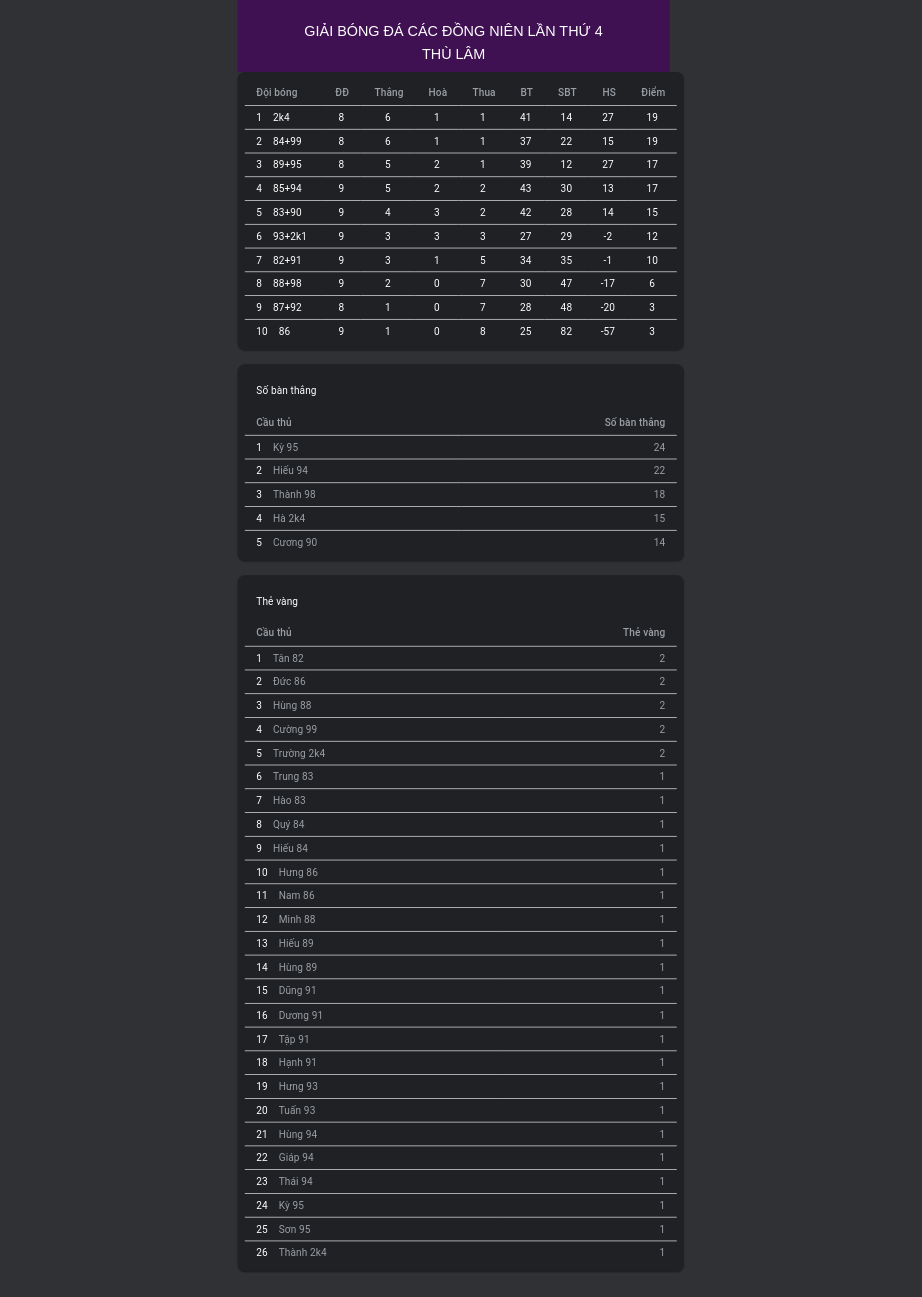
Repository: tuan842001/thulam
Page: /
The author's editor kept a copy of each file at every save. The page is drawn from the files as they stood at one save, then again after the next save.
The browser window is 1280 px wide. The pictures show the whole page, at 72% of full size.
The project was rebuilt for these pictures with package versions that can differ from the ones it lists, and the page was loaded fresh each time.

Above is the page before, as saved 2022-01-11 16:13:11.

### public/index.html
<!DOCTYPE html>
<html lang="en">
  <head>
    <meta charset="utf-8" />
    <link rel="icon" href="%PUBLIC_URL%/favicon.ico" />
    <meta name="viewport" content="width=device-width, initial-scale=1" />
    <meta name="theme-color" content="#000000" />
    <meta
      name="description"
      content="Web site created using create-react-app"
    />

    <link href="https://cdn.jsdelivr.net/npm/bootstrap@5.1.3/dist/css/bootstrap.min.css" rel="stylesheet" integrity="sha384-1BmE4kWBq78iYhFldvKuhfTAU6auU8tT94WrHftjDbrCEXSU1oBoqyl2QvZ6jIW3" crossorigin="anonymous">
<script src="https://cdn.jsdelivr.net/npm/bootstrap@5.1.3/dist/js/bootstrap.bundle.min.js" integrity="sha384-ka7Sk0Gln4gmtz2MlQnikT1wXgYsOg+OMhuP+IlRH9sENBO0LRn5q+8nbTov4+1p" crossorigin="anonymous"></script>
    <title>GIẢI BÓNG ĐÁ CÁC ĐỒNG NIÊN THÙ LÂM</title>
  </head>
  <body>
    <noscript>You need to enable JavaScript to run this app.</noscript>
    <div id="root"></div>

  </body>
</html>

### src/App.js
import "./App.css";
import { Header } from "./components/header/Header";
import Card from "./pages/card/Card";
import Statistical from "./pages/statistical/Statistical";
import UserList from "./pages/userList/UserList";

function App() {
  return (
    <div className="App" style={{ height: "102%" }}>
      <Header />
      <UserList />
      <Statistical />
      <Card />
    </div>
  );
}

export default App;

### src/App.css
body {
  margin: 0;
  font-family: 'Montserrat', sans-serif;
  background-color: #303134;
  display: flex;
  justify-content: center;
}

* {
  margin: 0;
}

@media screen and (max-width: 480px) {
  body {
    justify-content: normal;
  }

  .TableSX {
    min-width: 500px !important;
  }

  .TableContainer {
    width: 560px !important;
    margin: 20px !important;
  }
}

### src/components/header/Header.jsx
import * as React from "react";
import "./header.css";

export const Header = () => {
  return (
    <div className="header">
      <h4>GIẢI BÓNG ĐÁ CÁC ĐỒNG NIÊN LẦN THỨ 4</h4>
      <h3>THÙ LÂM</h3>
    </div>
  );
};

### src/pages/card/Card.jsx
import * as React from "react";
import Table from "@mui/material/Table";
import TableBody from "@mui/material/TableBody";
import TableCell from "@mui/material/TableCell";
import TableContainer from "@mui/material/TableContainer";
import TableHead from "@mui/material/TableHead";
import TableRow from "@mui/material/TableRow";
import Paper from "@mui/material/Paper";

function createData(order, name, goal) {
  return {
    order,
    name,
    goal,
  };
}

const rows = [
  createData(1, "Tân 82", 2),
  createData(2, "Đức 86", 2),
  createData(3, "Hùng 88", 2),
  createData(4, "Cường 99", 2),
  createData(5, "Trường 2k4", 2),
  createData(6, "Trung 83", 1),
  createData(7, "Hào 83", 1),
  createData(8, "Quý 84", 1),
  createData(9, "Hiếu 84", 1),
  createData(10, "Hưng 86", 1),
  createData(11, "Nam 86", 1),
  createData(12, "Minh 88", 1),
  createData(13, "Hiếu 89", 1),
  createData(14, "Hùng 89", 1),
  createData(15, "Dũng 91", 1),
  createData(16, "Dương 91", 1),
  createData(17, "Tập 91", 1),
  createData(18, "Hạnh 91", 1),
  createData(19, "Hưng 93", 1),
  createData(20, "Tuấn 93", 1),
  createData(21, "Hùng 94", 1),
  createData(22, "Giáp 94", 1),
  createData(23, "Thái 94", 1),
  createData(24, "Kỳ 95", 1),
  createData(25, "Sơn 95", 1),
  createData(26, "Thành 2k4", 1),
];

export default function Card() {
  return (
    <TableContainer
      component={Paper}
      style={{
        backgroundColor: "#202124",
        color: "#FFFF",
        borderRadius: "10px",
        padding: "10px",
        marginTop: "20px",
      }}
      className="TableContainer"
    >
      <TableCell style={{ color: "#FFFF", borderBottom: "none" }} align="right">
        Thẻ vàng
      </TableCell>
      <Table sx={{ minWidth: 500 }} size="small" aria-label="a dense table">
        <TableHead>
          <TableRow>
            <TableCell style={{ color: "#9aa0a6" }}>Cầu thủ</TableCell>
            <TableCell style={{ color: "#9aa0a6" }} align="right">
              Thẻ vàng
            </TableCell>
          </TableRow>
        </TableHead>
        <TableBody>
          {rows.map((row) => (
            <TableRow
              key={row.name}
              sx={{ "&:last-child td, &:last-child th": { border: 0 } }}
            >
              <TableCell
                component="th"
                scope="row"
                style={{ color: "#9aa0a6" }}
              >
                <span
                  style={{
                    color: "#fff",
                    marginRight: "15px",
                    textAlign: "center",
                  }}
                  align="center"
                >
                  {row.order}
                </span>
                {row.name}
              </TableCell>
              <TableCell style={{ color: "#9aa0a6" }} align="right">
                {row.goal}
              </TableCell>
            </TableRow>
          ))}
        </TableBody>
      </Table>
    </TableContainer>
  );
}

### src/pages/statistical/Statistical.jsx
import * as React from "react";
import Table from "@mui/material/Table";
import TableBody from "@mui/material/TableBody";
import TableCell from "@mui/material/TableCell";
import TableContainer from "@mui/material/TableContainer";
import TableHead from "@mui/material/TableHead";
import TableRow from "@mui/material/TableRow";
import Paper from "@mui/material/Paper";

function createData(order, name, goal) {
  return {
    order,
    name,
    goal,
  };
}

const rows = [
  createData(1, "Kỳ 95", 24),
  createData(2, "Hiếu 94", 22),
  createData(3, "Thành 98", 18),
  createData(4, "Hà 2k4", 15),
  createData(5, "Cương 90", 14),
];

export default function Statistical() {
  return (
    <TableContainer
      component={Paper}
      style={{
        backgroundColor: "#202124",
        color: "#FFFF",
        borderRadius: "10px",
        padding: "10px",
        marginTop: "20px",
      }}
      className="TableContainer"
    >
      <TableCell style={{ color: "#FFFF", borderBottom: "none" }} align="right">
        Số bàn thắng
      </TableCell>
      <Table sx={{ minWidth: 500 }} size="small" aria-label="a dense table">
        <TableHead>
          <TableRow>
            <TableCell style={{ color: "#9aa0a6" }}>Cầu thủ</TableCell>
            <TableCell style={{ color: "#9aa0a6" }} align="right">
              Số bàn thắng
            </TableCell>
          </TableRow>
        </TableHead>
        <TableBody>
          {rows.map((row) => (
            <TableRow
              key={row.name}
              sx={{ "&:last-child td, &:last-child th": { border: 0 } }}
            >
              <TableCell
                component="th"
                scope="row"
                style={{ color: "#9aa0a6" }}
              >
                <span
                  style={{
                    color: "#FFFF",
                    marginRight: "15px",
                    textAlign: "center",
                  }}
                  align="center"
                >
                  {row.order}
                </span>
                {row.name}
              </TableCell>
              <TableCell style={{ color: "#9aa0a6" }} align="right">
                {row.goal}
              </TableCell>
            </TableRow>
          ))}
        </TableBody>
      </Table>
    </TableContainer>
  );
}

### src/pages/userList/UserList.jsx
import * as React from "react";
import Table from "@mui/material/Table";
import TableBody from "@mui/material/TableBody";
import TableCell from "@mui/material/TableCell";
import TableContainer from "@mui/material/TableContainer";
import TableHead from "@mui/material/TableHead";
import TableRow from "@mui/material/TableRow";
import Paper from "@mui/material/Paper";

function createData(
  order,
  name,
  fought,
  win,
  draw,
  lose,
  goal,
  goals,
  difference,
  protein
) {
  return {
    order,
    name,
    fought,
    win,
    draw,
    lose,
    goal,
    goals,
    difference,
    protein,
  };
}

const rows = [
  createData(1, "2k4", 8, 6, 1, 1, 41, 14, 27, 19),
  createData(2, "84+99", 8, 6, 1, 1, 37, 22, 15, 19),
  createData(3, "89+95", 8, 5, 2, 1, 39, 12, 27, 17),
  createData(4, "85+94", 9, 5, 2, 2, 43, 30, 13, 17),
  createData(5, "83+90", 9, 4, 3, 2, 42, 28, 14, 15),
  createData(6, "93+2k1", 9, 3, 3, 3, 27, 29, -2, 12),
  createData(7, "82+91", 9, 3, 1, 5, 34, 35, -1, 10),
  createData(8, "88+98", 9, 2, 0, 7, 30, 47, -17, 6),
  createData(9, "87+92", 8, 1, 0, 7, 28, 48, -20, 3),
  createData(10, "86", 9, 1, 0, 8, 25, 82, -57, 3),
];

export default function UserList() {
  return (
    <TableContainer
      component={Paper}
      style={{
        backgroundColor: "#202124",
        color: "#FFFF",
        borderRadius: "10px",
        padding: "10px",
      }}
      className="TableContainer"
    >
      <Table
        sx={{ minWidth: 600 }}
        size="small"
        aria-label="a dense table"
        className="TableSX"
      >
        <TableHead>
          <TableRow>
            <TableCell style={{ color: "#9aa0a6" }}>Đội bóng</TableCell>
            <TableCell style={{ color: "#9aa0a6" }} align="right">
              ĐĐ
            </TableCell>
            <TableCell style={{ color: "#9aa0a6" }} align="right">
              Thắng
            </TableCell>
            <TableCell style={{ color: "#9aa0a6" }} align="right">
              Hoà
            </TableCell>
            <TableCell style={{ color: "#9aa0a6" }} align="right">
              Thua
            </TableCell>
            <TableCell style={{ color: "#9aa0a6" }} align="right">
              BT
            </TableCell>
            <TableCell style={{ color: "#9aa0a6" }} align="right">
              SBT
            </TableCell>
            <TableCell style={{ color: "#9aa0a6" }} align="right">
              HS
            </TableCell>
            <TableCell style={{ color: "#9aa0a6" }} align="right">
              Điểm
            </TableCell>
          </TableRow>
        </TableHead>
        <TableBody>
          {rows.map((row) => (
            <TableRow
              key={row.name}
              sx={{ "&:last-child td, &:last-child th": { border: 0 } }}
            >
              <TableCell component="th" scope="row" style={{ color: "#FFFF" }}>
                <span
                  style={{
                    color: "#FFFF",
                    marginRight: "15px",
                    textAlign: "center",
                  }}
                  align="center"
                >
                  {row.order}
                </span>

                {row.name}
              </TableCell>
              <TableCell style={{ color: "#FFFF" }} align="center">
                {row.fought}
              </TableCell>
              <TableCell style={{ color: "#FFFF" }} align="center">
                {row.win}
              </TableCell>
              <TableCell style={{ color: "#FFFF" }} align="center">
                {row.draw}
              </TableCell>
              <TableCell style={{ color: "#FFFF" }} align="center">
                {row.lose}
              </TableCell>
              <TableCell style={{ color: "#FFFF" }} align="center">
                {row.goal}
              </TableCell>
              <TableCell style={{ color: "#FFFF" }} align="center">
                {row.goals}
              </TableCell>
              <TableCell style={{ color: "#FFFF" }} align="center">
                {row.difference}
              </TableCell>
              <TableCell style={{ color: "#FFFF" }} align="center">
                {row.protein}
              </TableCell>
            </TableRow>
          ))}
        </TableBody>
      </Table>
    </TableContainer>
  );
}

### src/components/header/header.css
.header {
    background: #3F1052;
    height: 100px;
    width: 600px;
    text-align: center;
    color: #fff;
    display: flex;
    align-content: center;
    flex-direction: column;
    justify-content: center;
    padding-top: 25px;
}

.header h4 {
    font-size: 20px;
}

.header h3 {
    font-size: 20px;
}

Loaded but not shown: src/index.js (common file)

After the next save:
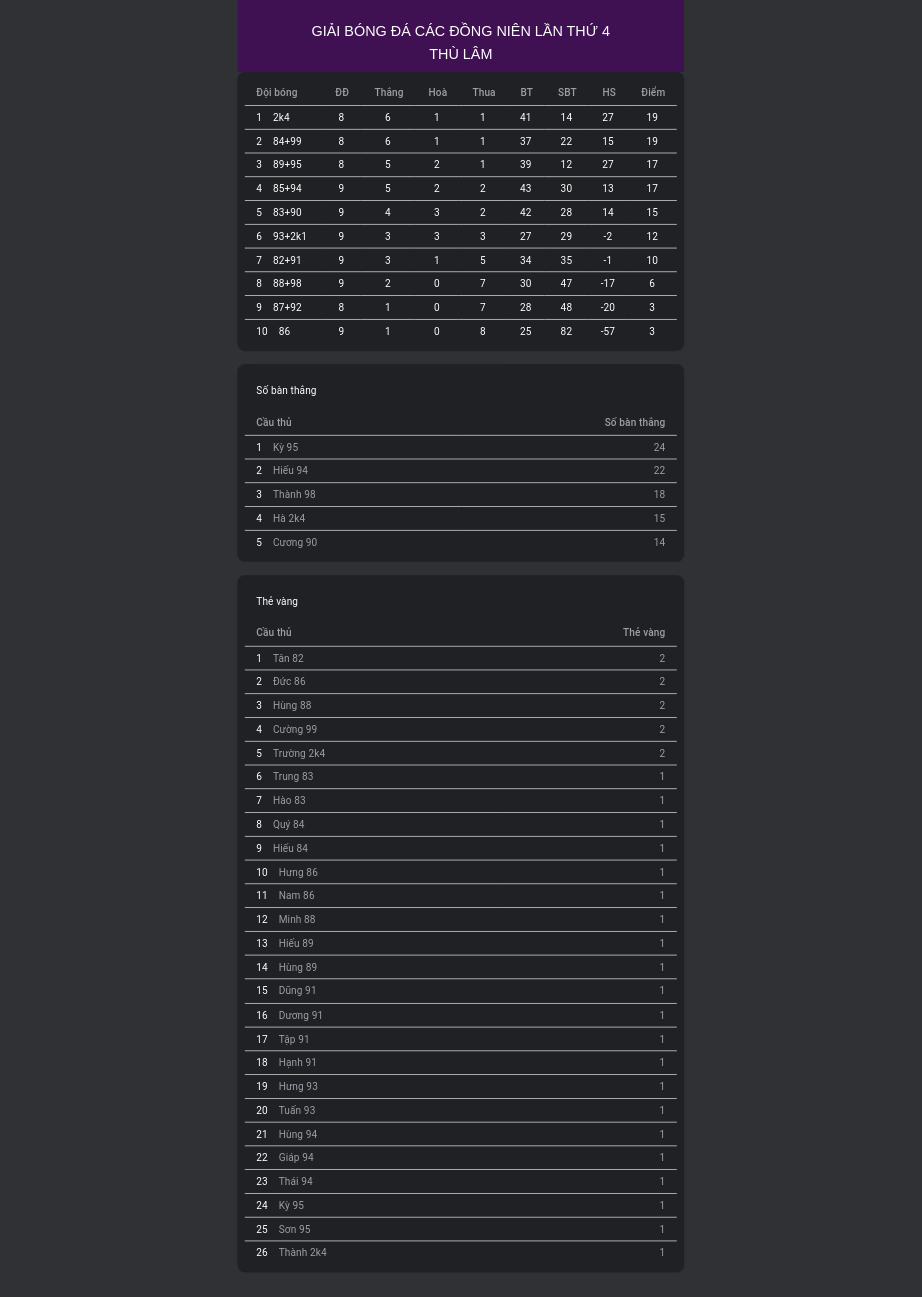
Saved 43 s later.
--- a/src/components/header/header.css
+++ b/src/components/header/header.css
@@ -1,7 +1,7 @@
 .header {
     background: #3F1052;
     height: 100px;
-    width: 600px;
+    width: 620px;
     text-align: center;
     color: #fff;
     display: flex;
